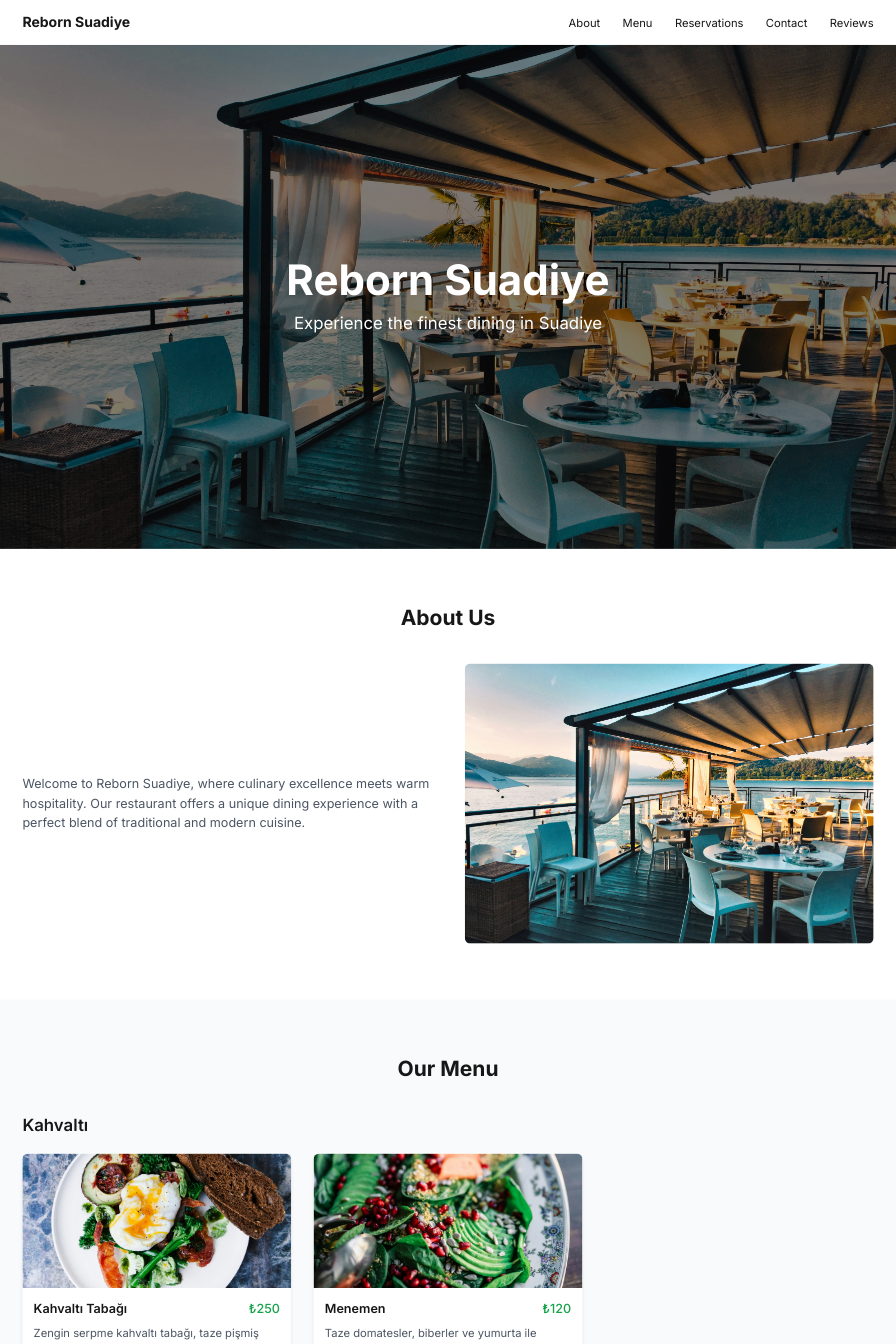
Repository: burakdemirrr/restaurant-website
Page: /
The author's editor kept a copy of each file at every save. The page is drawn from the files as they stood at one save, then again after the next save.
The browser window is 1280 px wide. The pictures show the part of the page from y = 0 to 1920 px (the page is 5584 px tall), at 70% of full size.
Some web fonts or font styles are not loaded; a fallback is used. The project was rebuilt for these pictures with package versions that can differ from the ones it lists, and the page was loaded fresh each time. The framework's server and built-in components were replaced by stand-ins that run in the browser. Also part of the build but not shown: next.config.ts.

Above is the page before, as saved 2025-01-06 14:33:08.

After the next save:
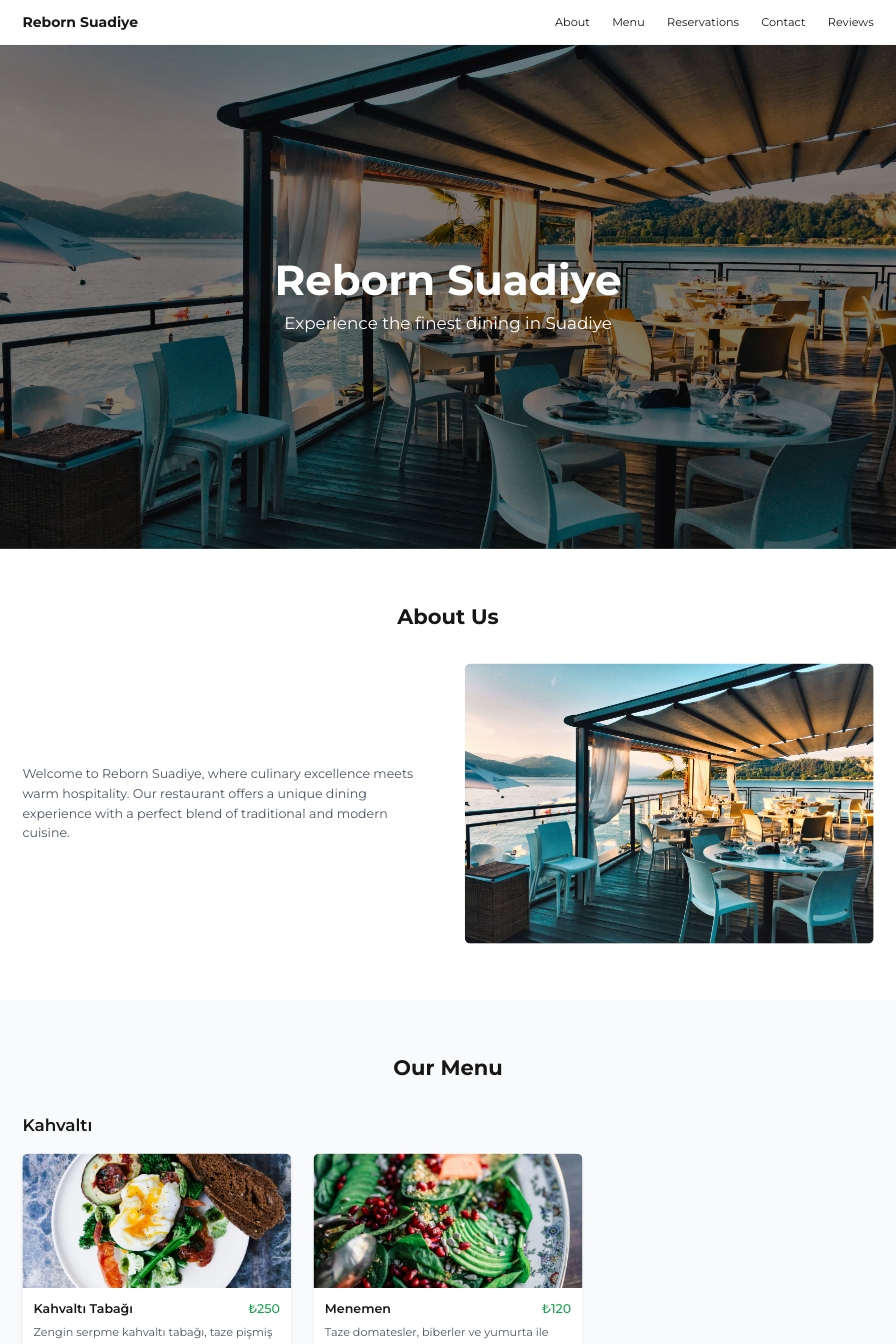
Saved 4 min 21 s later.
--- a/src/app/layout.tsx
+++ b/src/app/layout.tsx
@@ -1,9 +1,17 @@
 import type { Metadata } from "next";
-import { Inter } from "next/font/google";
+import { Playfair_Display, Montserrat } from "next/font/google";
 import "./globals.css";
 import MobileNav from "@/components/MobileNav";
 
-const inter = Inter({ subsets: ["latin"] });
+const playfair = Playfair_Display({
+  subsets: ["latin"],
+  variable: '--font-playfair',
+});
+
+const montserrat = Montserrat({
+  subsets: ["latin"],
+  variable: '--font-montserrat',
+});
 
 export const metadata: Metadata = {
   title: "Reborn Suadiye - Restaurant & Cafe",
@@ -16,20 +24,20 @@ export default function RootLayout({
   children: React.ReactNode
 }) {
   return (
-    <html lang="en" className="scroll-smooth">
-      <body className={inter.className}>
-        <nav className="fixed top-0 w-full bg-white/90 backdrop-blur-sm z-50 shadow-sm">
+    <html lang="en" className={`scroll-smooth ${playfair.variable} ${montserrat.variable}`}>
+      <body className={montserrat.className}>
+        <nav className="fixed top-0 w-full bg-white/90 backdrop-blur-sm z-50 shadow-sm transition-all duration-300 hover:bg-white">
           <div className="max-w-7xl mx-auto px-4 sm:px-6 lg:px-8">
             <div className="flex justify-between h-16">
               <div className="flex items-center">
-                <a href="/" className="text-xl font-bold">Reborn Suadiye</a>
+                <a href="/" className="text-xl font-bold font-playfair hover:text-primary-600 transition-colors">Reborn Suadiye</a>
               </div>
               <div className="hidden sm:flex sm:items-center sm:space-x-8">
-                <a href="#about" className="hover:text-gray-600">About</a>
-                <a href="#menu" className="hover:text-gray-600">Menu</a>
-                <a href="#reservations" className="hover:text-gray-600">Reservations</a>
-                <a href="#contact" className="hover:text-gray-600">Contact</a>
-                <a href="#reviews" className="hover:text-gray-600">Reviews</a>
+                <a href="#about" className="hover:text-primary-600 transition-colors">About</a>
+                <a href="#menu" className="hover:text-primary-600 transition-colors">Menu</a>
+                <a href="#reservations" className="hover:text-primary-600 transition-colors">Reservations</a>
+                <a href="#contact" className="hover:text-primary-600 transition-colors">Contact</a>
+                <a href="#reviews" className="hover:text-primary-600 transition-colors">Reviews</a>
               </div>
               <MobileNav />
             </div>
@@ -38,18 +46,18 @@ export default function RootLayout({
         <main className="pt-16">
           {children}
         </main>
-        <footer className="bg-gray-900 text-white py-8">
+        <footer className="bg-primary-900 text-white py-8">
           <div className="max-w-7xl mx-auto px-4 sm:px-6 lg:px-8">
             <div className="flex flex-col md:flex-row justify-between items-center">
               <div className="mb-4 md:mb-0">
-                <h3 className="text-xl font-bold">Reborn Suadiye</h3>
+                <h3 className="text-xl font-bold font-playfair">Reborn Suadiye</h3>
                 <p className="mt-2">Experience the finest dining</p>
               </div>
               <div className="flex space-x-6">
-                <a href="https://instagram.com/reborn.suadiye" target="_blank" rel="noopener noreferrer" className="hover:text-gray-300">
+                <a href="https://instagram.com/reborn.suadiye" target="_blank" rel="noopener noreferrer" className="hover:text-primary-300 transition-colors">
                   Instagram
                 </a>
-                <a href="#contact" className="hover:text-gray-300">Contact</a>
+                <a href="#contact" className="hover:text-primary-300 transition-colors">Contact</a>
               </div>
             </div>
           </div>
